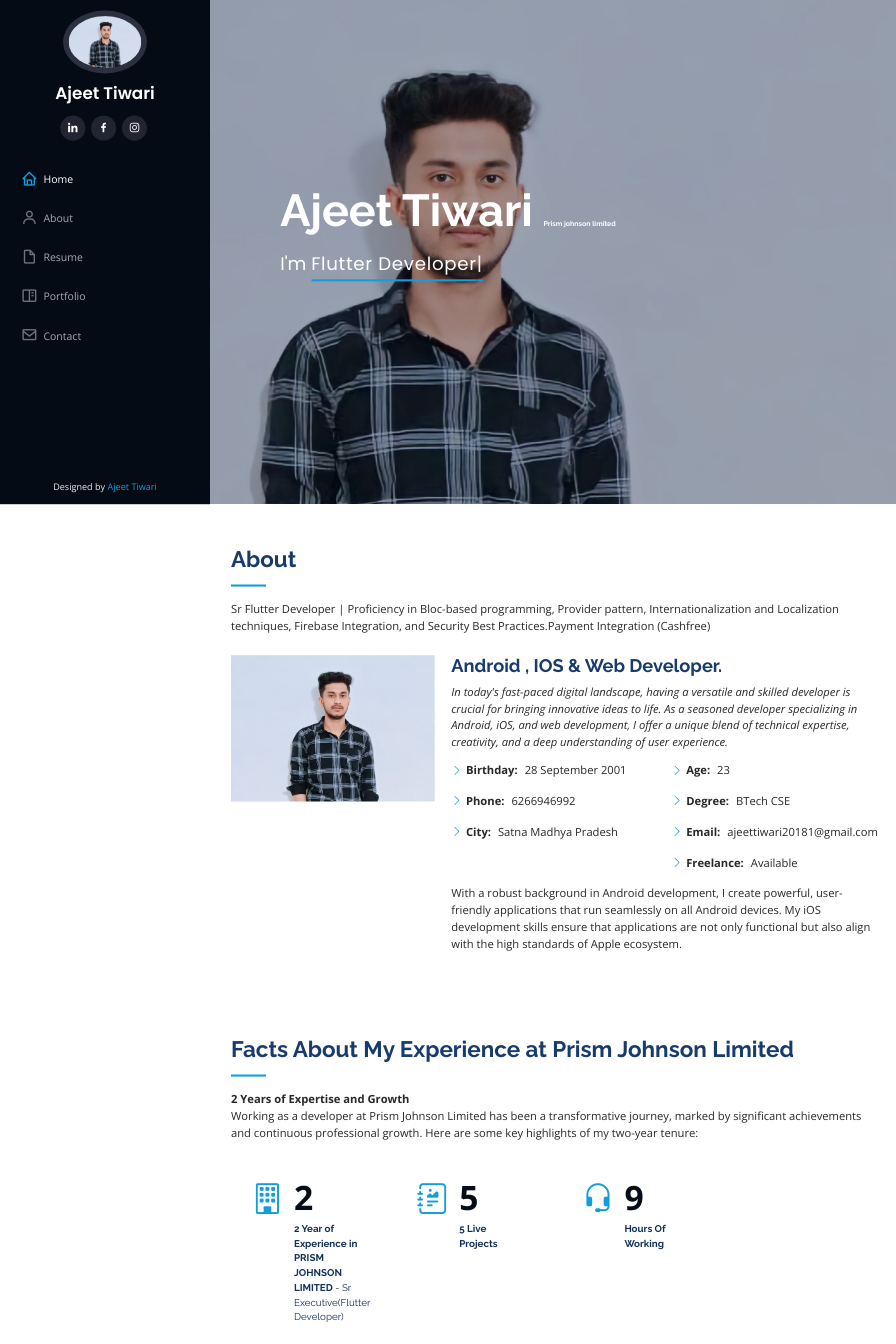
Repository: ajeettiwari-2809/iPortfolio
Page: index.html
These files come from the project's save history. The page is drawn as it stood at one moment and after the next save; the edit follows.
The browser window is 1280 px wide. The pictures show the part of the page from y = 0 to 1920 px (the page is 5395 px tall), at 70% of full size.
A picture or video elsewhere on the page could not be fetched, so the positions and the page height are approximate. Backgrounds fixed to the window are drawn as part of the page.

Above is the page before, as saved 2024-06-05 15:26:30.

After the next save:
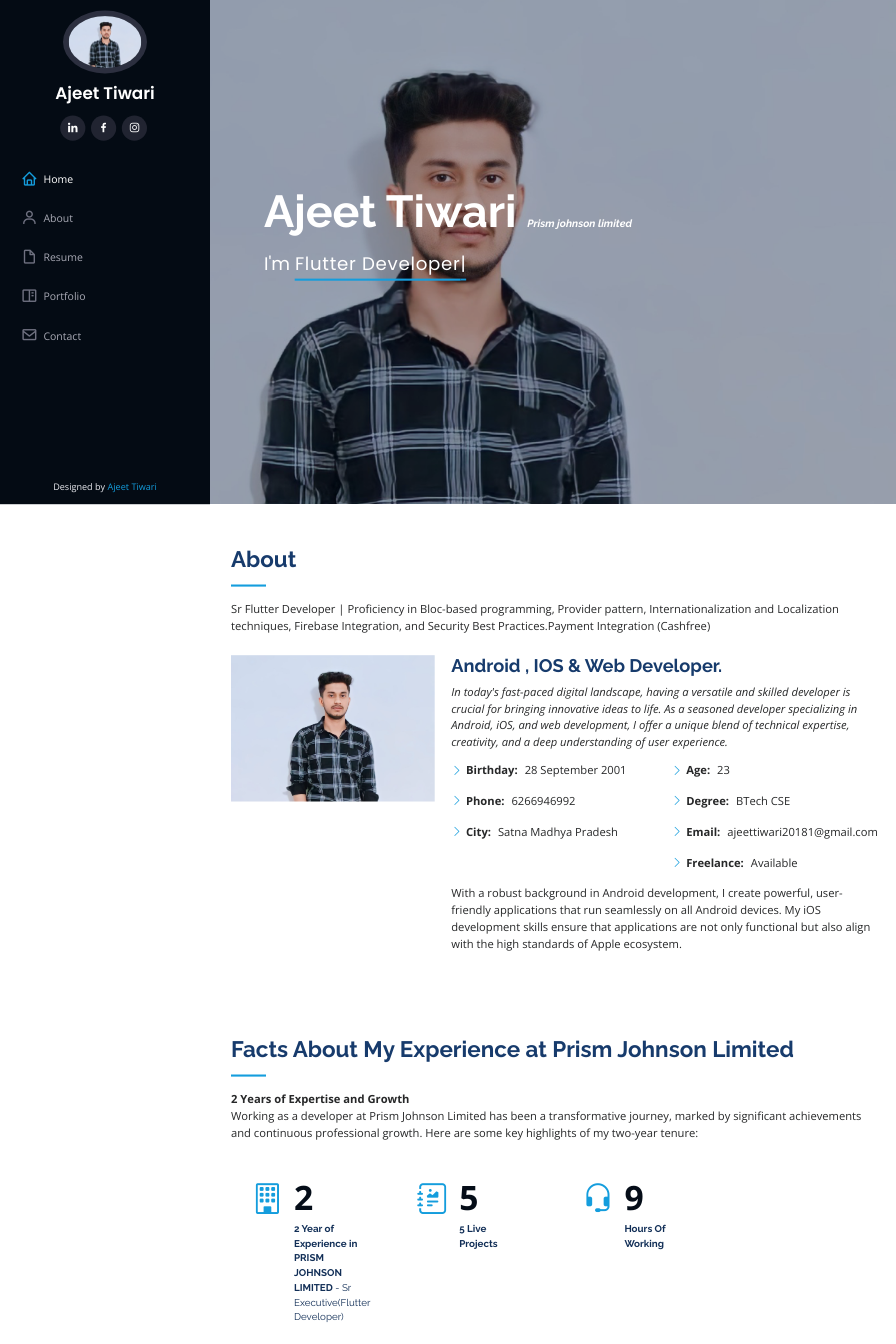
Saved 22 s later.
--- a/index.html
+++ b/index.html
@@ -74,7 +74,7 @@
   <!-- ======= Hero Section ======= -->
   <section id="hero" class="d-flex flex-column justify-content-center align-items-center" style="background-image: url(assets/img/ajeetimage.png);">
     <div class="hero-container" data-aos="fade-in">
-      <h1>Ajeet Tiwari <span style="font-size: 10px;">Prism johnson limited</span></h1>
+      <h1>Ajeet Tiwari <i style="font-size: 15px;">Prism johnson limited</i></h1>
       <p>I'm <span class="typed" data-typed-items="Sr. Executive, Flutter Developer, Freelancer, Web Developer"></span></p>
     </div>
 
